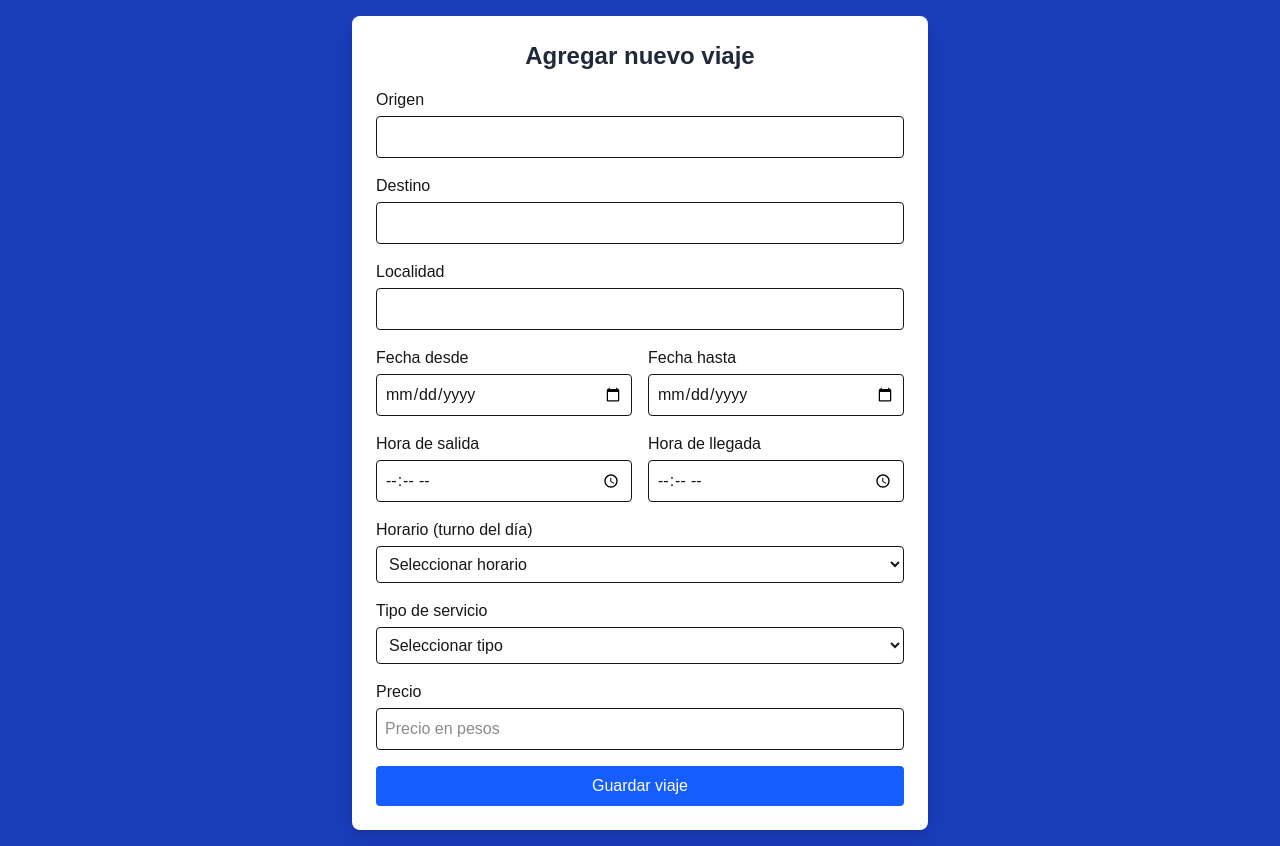
Repository: francoluca35/appcolectivos
Page: /agregarviaje
These files come from the project's save history. The page is drawn as it stood at one moment and after the next save; the edit follows.
The browser window is 1280 px wide. The pictures show the whole page.
The project was rebuilt for these pictures with package versions that can differ from the ones it lists, and the page was loaded fresh each time. The framework's server and built-in components were replaced by stand-ins that run in the browser. Also part of the build but not shown: next.config.mjs.

Above is the page before, as saved 2025-03-27 21:01:04.

After the next save:
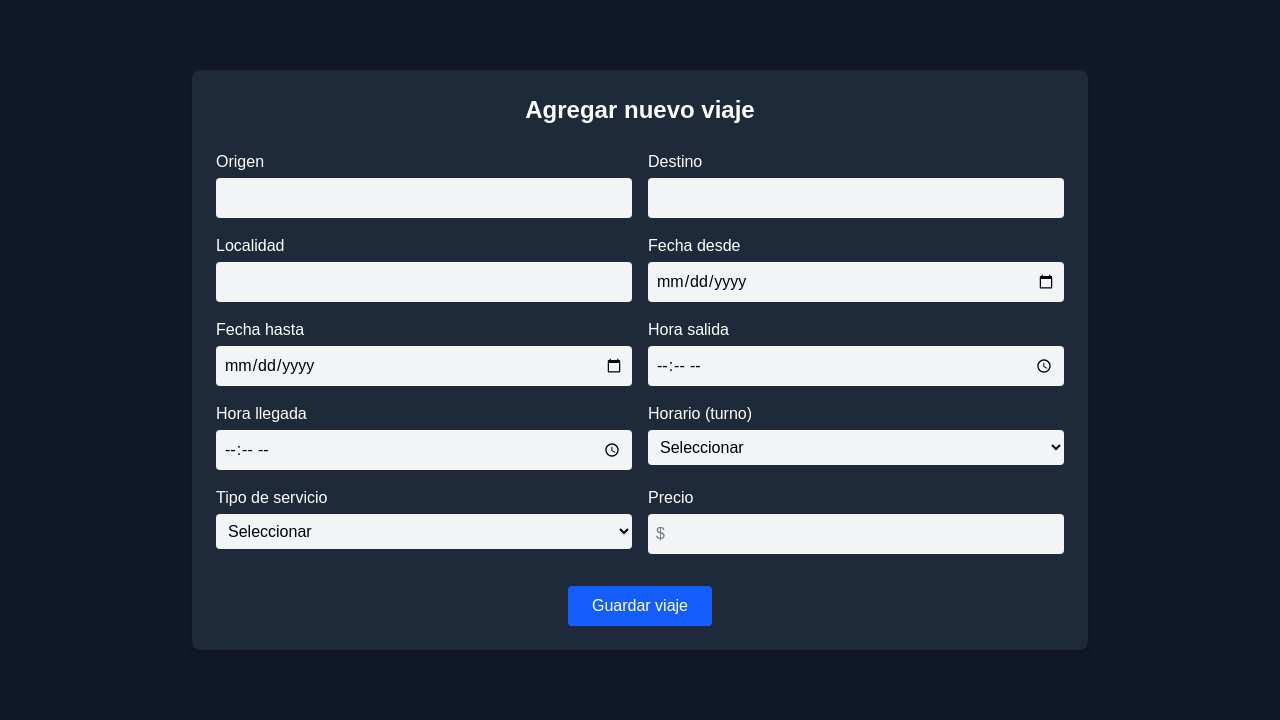
Saved 88 s later.
--- a/src/app/agregarviaje/page.js
+++ b/src/app/agregarviaje/page.js
@@ -40,52 +40,50 @@ function AgregarViaje() {
   };
 
   return (
-    <div className="min-h-screen bg-blue-800 flex justify-center items-center p-4">
-      <div className="w-full max-w-xl bg-white shadow-lg rounded-lg p-6">
-        <h2 className="text-2xl font-bold mb-4 text-center text-gray-800">Agregar nuevo viaje</h2>
-        <form onSubmit={handleSubmit} className="flex flex-col gap-4">
+    <div className="min-h-screen bg-gray-900 flex items-center justify-center px-4">
+      <div className="bg-gray-800 p-6 rounded-lg shadow-md w-full max-w-4xl">
+        <h2 className="text-2xl text-white font-bold mb-6 text-center">Agregar nuevo viaje</h2>
+        <form onSubmit={handleSubmit} className="grid grid-cols-1 md:grid-cols-2 gap-4 text-white">
 
           <div>
-            <label className="block mb-1 font-medium">Origen</label>
-            <input type="text" name="origen" className="border p-2 rounded w-full" value={form.origen} onChange={handleChange} />
+            <label className="block mb-1">Origen</label>
+            <input type="text" name="origen" className="w-full p-2 rounded bg-gray-100 text-black" value={form.origen} onChange={handleChange} />
           </div>
 
           <div>
-            <label className="block mb-1 font-medium">Destino</label>
-            <input type="text" name="destino" className="border p-2 rounded w-full" value={form.destino} onChange={handleChange} />
+            <label className="block mb-1">Destino</label>
+            <input type="text" name="destino" className="w-full p-2 rounded bg-gray-100 text-black" value={form.destino} onChange={handleChange} />
           </div>
 
           <div>
-            <label className="block mb-1 font-medium">Localidad</label>
-            <input type="text" name="localidad" className="border p-2 rounded w-full" value={form.localidad} onChange={handleChange} />
-          </div>
-
-          <div className="grid grid-cols-1 md:grid-cols-2 gap-4">
-            <div>
-              <label className="block mb-1 font-medium">Fecha desde</label>
-              <input type="date" name="fechaDesde" className="border p-2 rounded w-full" value={form.fechaDesde} onChange={handleChange} />
-            </div>
-            <div>
-              <label className="block mb-1 font-medium">Fecha hasta</label>
-              <input type="date" name="fechaHasta" className="border p-2 rounded w-full" value={form.fechaHasta} onChange={handleChange} />
-            </div>
-          </div>
-
-          <div className="grid grid-cols-1 md:grid-cols-2 gap-4">
-            <div>
-              <label className="block mb-1 font-medium">Hora de salida</label>
-              <input type="time" name="horaSalida" className="border p-2 rounded w-full" value={form.horaSalida} onChange={handleChange} />
-            </div>
-            <div>
-              <label className="block mb-1 font-medium">Hora de llegada</label>
-              <input type="time" name="horaLlegada" className="border p-2 rounded w-full" value={form.horaLlegada} onChange={handleChange} />
-            </div>
+            <label className="block mb-1">Localidad</label>
+            <input type="text" name="localidad" className="w-full p-2 rounded bg-gray-100 text-black" value={form.localidad} onChange={handleChange} />
           </div>
 
           <div>
-            <label className="block mb-1 font-medium">Horario (turno del día)</label>
-            <select name="horario" className="border p-2 rounded w-full" value={form.horario} onChange={handleChange}>
-              <option value="">Seleccionar horario</option>
+            <label className="block mb-1">Fecha desde</label>
+            <input type="date" name="fechaDesde" className="w-full p-2 rounded bg-gray-100 text-black" value={form.fechaDesde} onChange={handleChange} />
+          </div>
+
+          <div>
+            <label className="block mb-1">Fecha hasta</label>
+            <input type="date" name="fechaHasta" className="w-full p-2 rounded bg-gray-100 text-black" value={form.fechaHasta} onChange={handleChange} />
+          </div>
+
+          <div>
+            <label className="block mb-1">Hora salida</label>
+            <input type="time" name="horaSalida" className="w-full p-2 rounded bg-gray-100 text-black" value={form.horaSalida} onChange={handleChange} />
+          </div>
+
+          <div>
+            <label className="block mb-1">Hora llegada</label>
+            <input type="time" name="horaLlegada" className="w-full p-2 rounded bg-gray-100 text-black" value={form.horaLlegada} onChange={handleChange} />
+          </div>
+
+          <div>
+            <label className="block mb-1">Horario (turno)</label>
+            <select name="horario" className="w-full p-2 rounded bg-gray-100 text-black" value={form.horario} onChange={handleChange}>
+              <option value="">Seleccionar</option>
               <option value="mañana">Mañana</option>
               <option value="tarde">Tarde</option>
               <option value="noche">Noche</option>
@@ -93,9 +91,9 @@ function AgregarViaje() {
           </div>
 
           <div>
-            <label className="block mb-1 font-medium">Tipo de servicio</label>
-            <select name="tipoServicio" className="border p-2 rounded w-full" value={form.tipoServicio} onChange={handleChange}>
-              <option value="">Seleccionar tipo</option>
+            <label className="block mb-1">Tipo de servicio</label>
+            <select name="tipoServicio" className="w-full p-2 rounded bg-gray-100 text-black" value={form.tipoServicio} onChange={handleChange}>
+              <option value="">Seleccionar</option>
               <option value="semi-cama">Semi Cama</option>
               <option value="cama-completa">Cama Completa</option>
               <option value="clasico">Clásico</option>
@@ -103,20 +101,17 @@ function AgregarViaje() {
           </div>
 
           <div>
-            <label className="block mb-1 font-medium">Precio</label>
-            <input type="number" name="precio" className="border p-2 rounded w-full" placeholder="Precio en pesos" value={form.precio} onChange={handleChange} />
+            <label className="block mb-1">Precio</label>
+            <input type="number" name="precio" className="w-full p-2 rounded bg-gray-100 text-black" placeholder="$" value={form.precio} onChange={handleChange} />
           </div>
 
-          <button
-            type="submit"
-            className="bg-blue-600 text-white py-2 rounded hover:bg-blue-700 transition"
-            disabled={loading}
-          >
-            {loading ? "Guardando..." : "Guardar viaje"}
-          </button>
-
-          {error && <p className="text-red-500 text-sm text-center">{error}</p>}
-          {success && <p className="text-green-600 text-sm text-center">Viaje guardado correctamente</p>}
+          <div className="md:col-span-2 text-center mt-4">
+            <button type="submit" className="bg-blue-600 hover:bg-blue-700 px-6 py-2 rounded text-white transition" disabled={loading}>
+              {loading ? "Guardando..." : "Guardar viaje"}
+            </button>
+            {error && <p className="text-red-400 mt-2">{error}</p>}
+            {success && <p className="text-green-400 mt-2">Viaje guardado correctamente</p>}
+          </div>
         </form>
       </div>
     </div>
